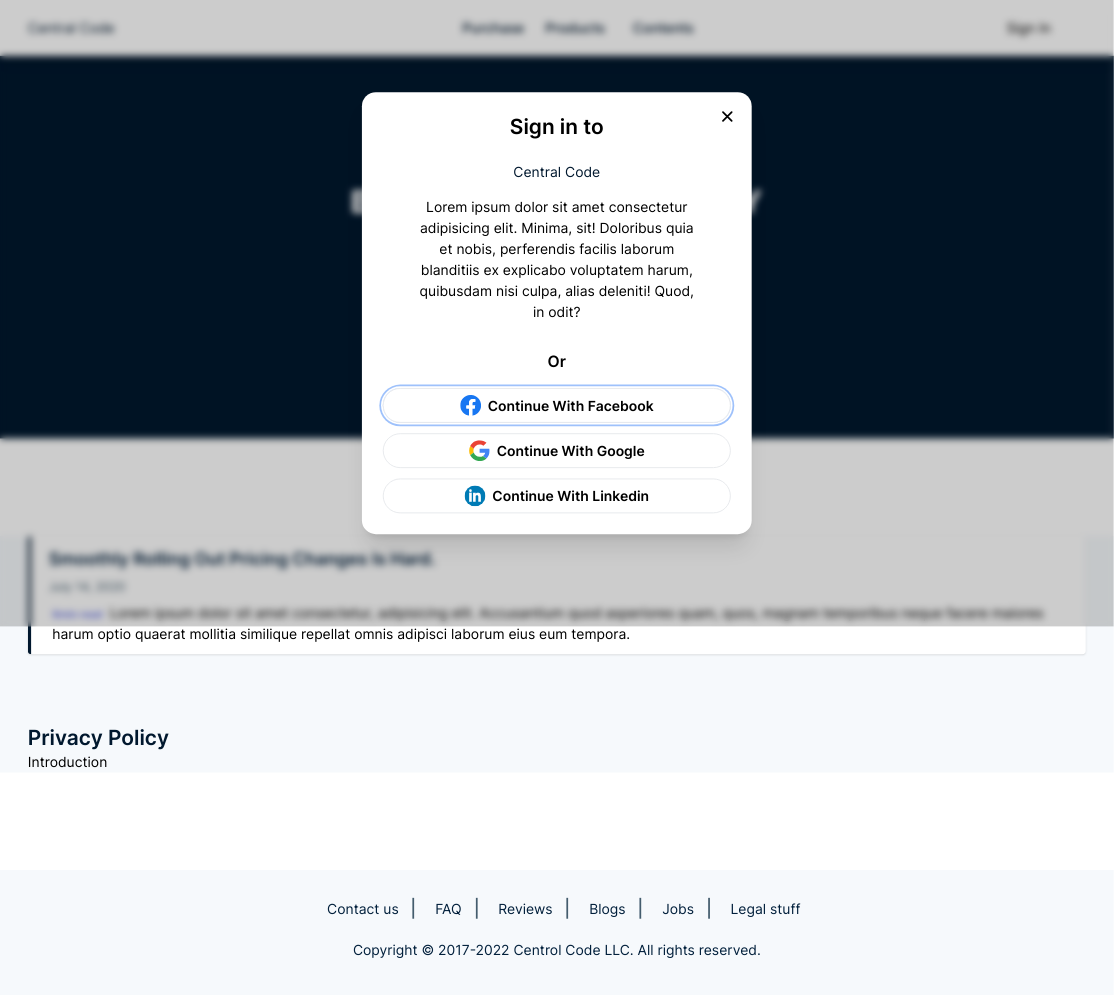
Repository: om1ars/Xjkey
Page: /privacy
An editor plug-in stored every save of this project. The page is shown before and after a run of saves, followed by the edit.
The browser window is 1280 px wide. The pictures show the whole page, at 87% of full size.
The project was rebuilt for these pictures with package versions that can differ from the ones it lists, and the page was loaded fresh each time. The framework's server and built-in components were replaced by stand-ins that run in the browser. Also part of the build but not shown: next.config.js.

Above is the page before, as saved 2022-03-20 23:21:59.

After the next 2 saves:
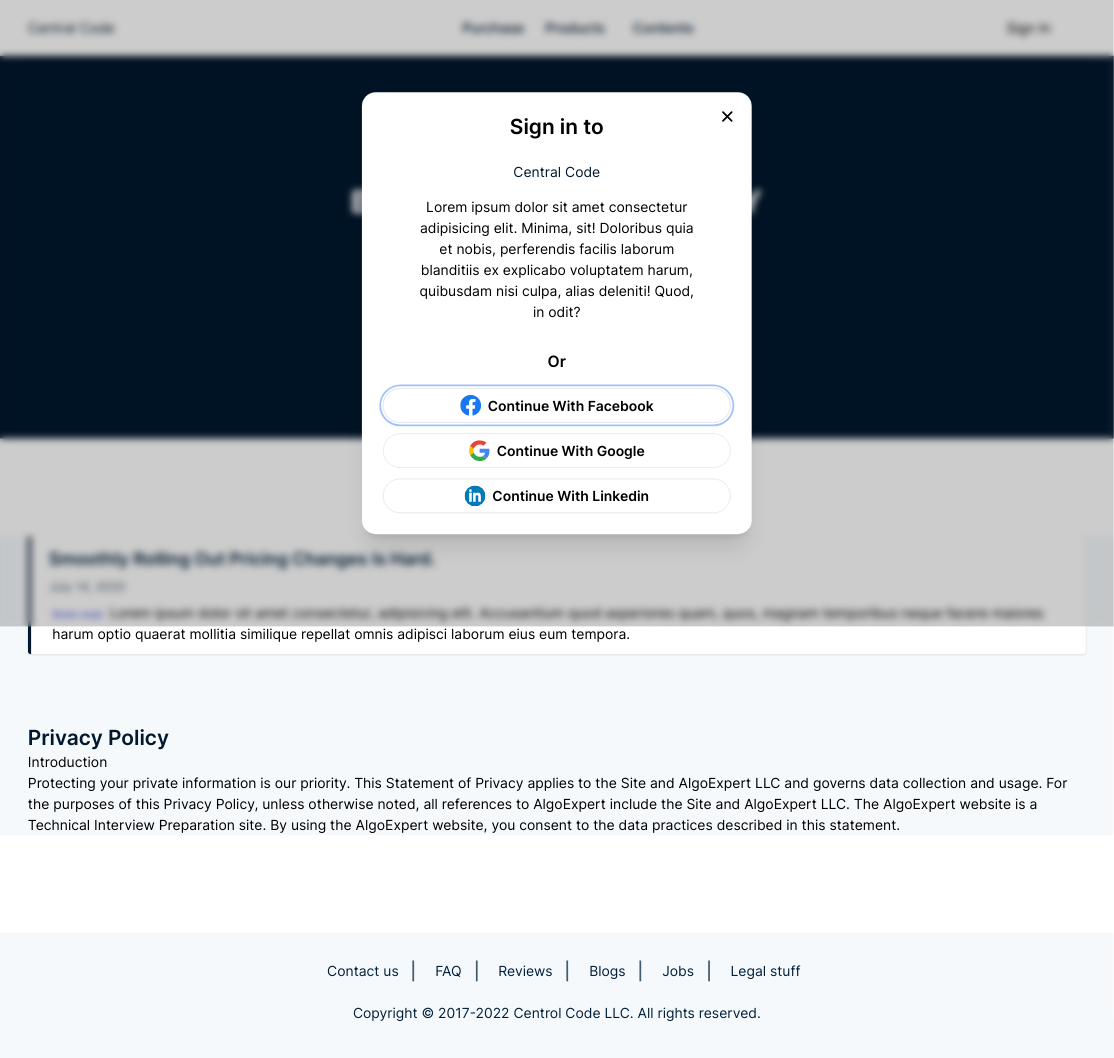
The 2 saves are shown as one change because they came seconds apart.
The last was saved 11 s later.
--- a/src/pages/privacy.tsx
+++ b/src/pages/privacy.tsx
@@ -38,10 +38,21 @@ export default function Privacy() {
               </p>
             </div>
           </div>
-          <h1 className="text-2xl  font-semibold text-mainBg">Privacy Policy</h1>
+          <h1 className="text-2xl  font-semibold text-mainBg">
+            Privacy Policy
+          </h1>
           <span>
             <span>Introduction</span>
-            <p></p>
+            <p>
+              Protecting your private information is our priority. This
+              Statement of Privacy applies to the Site and AlgoExpert LLC and
+              governs data collection and usage. For the purposes of this
+              Privacy Policy, unless otherwise noted, all references to
+              AlgoExpert include the Site and AlgoExpert LLC. The AlgoExpert
+              website is a Technical Interview Preparation site. By using the
+              AlgoExpert website, you consent to the data practices described in
+              this statement.
+            </p>
           </span>
         </div>
       </main>
